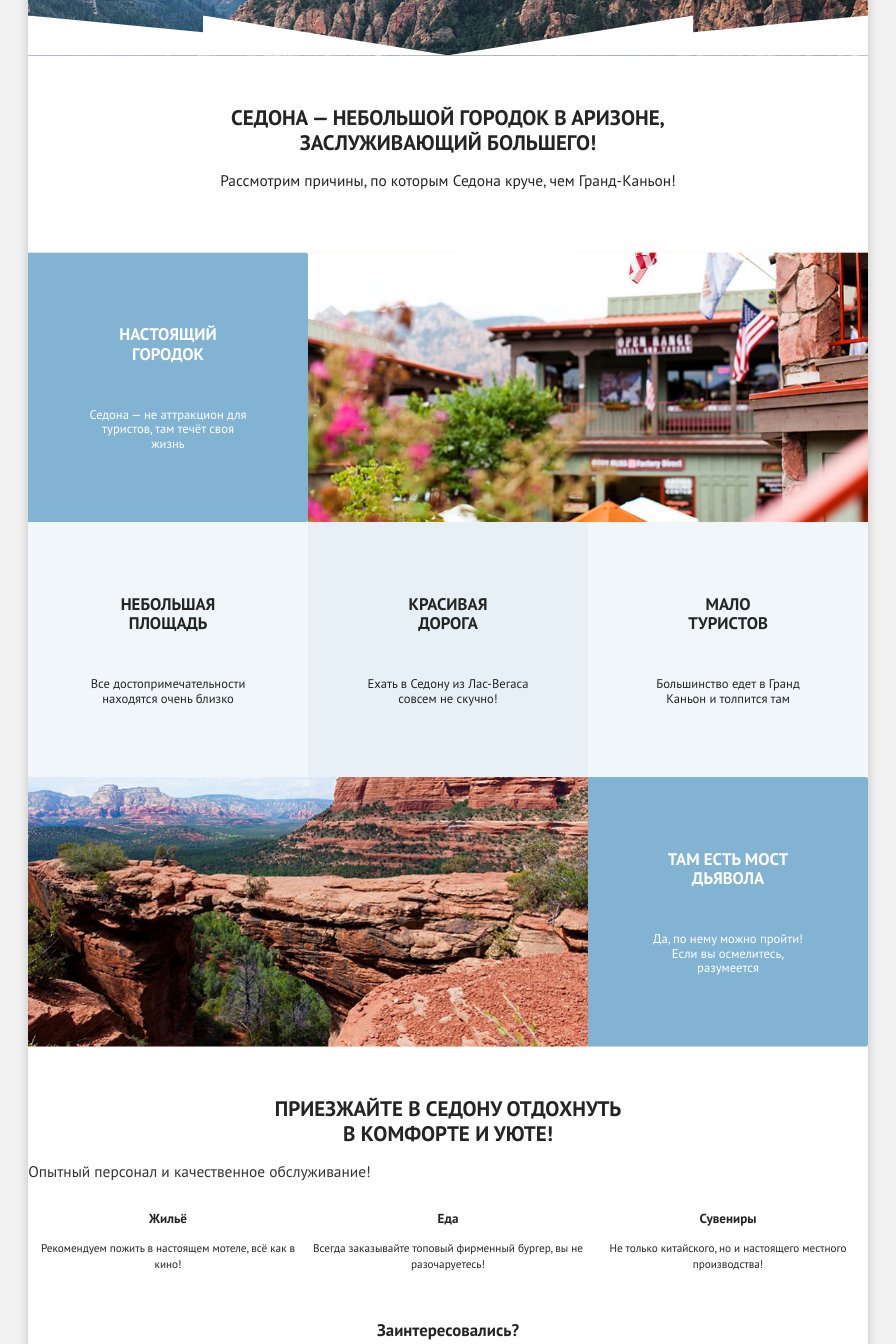
Repository: zakhgagne/2512253-sedona-1
Page: index.html
The author's editor kept a copy of each file at every save. The page is drawn from the files as they stood at one save, then again after the next save.
The browser window is 1280 px wide. The pictures show the part of the page from y = 470 to 2390 px (the page is 3184 px tall before and 3190 px after), at 70% of full size.

Above is the page before, as saved 2024-05-11 15:18:51.

After the next save:
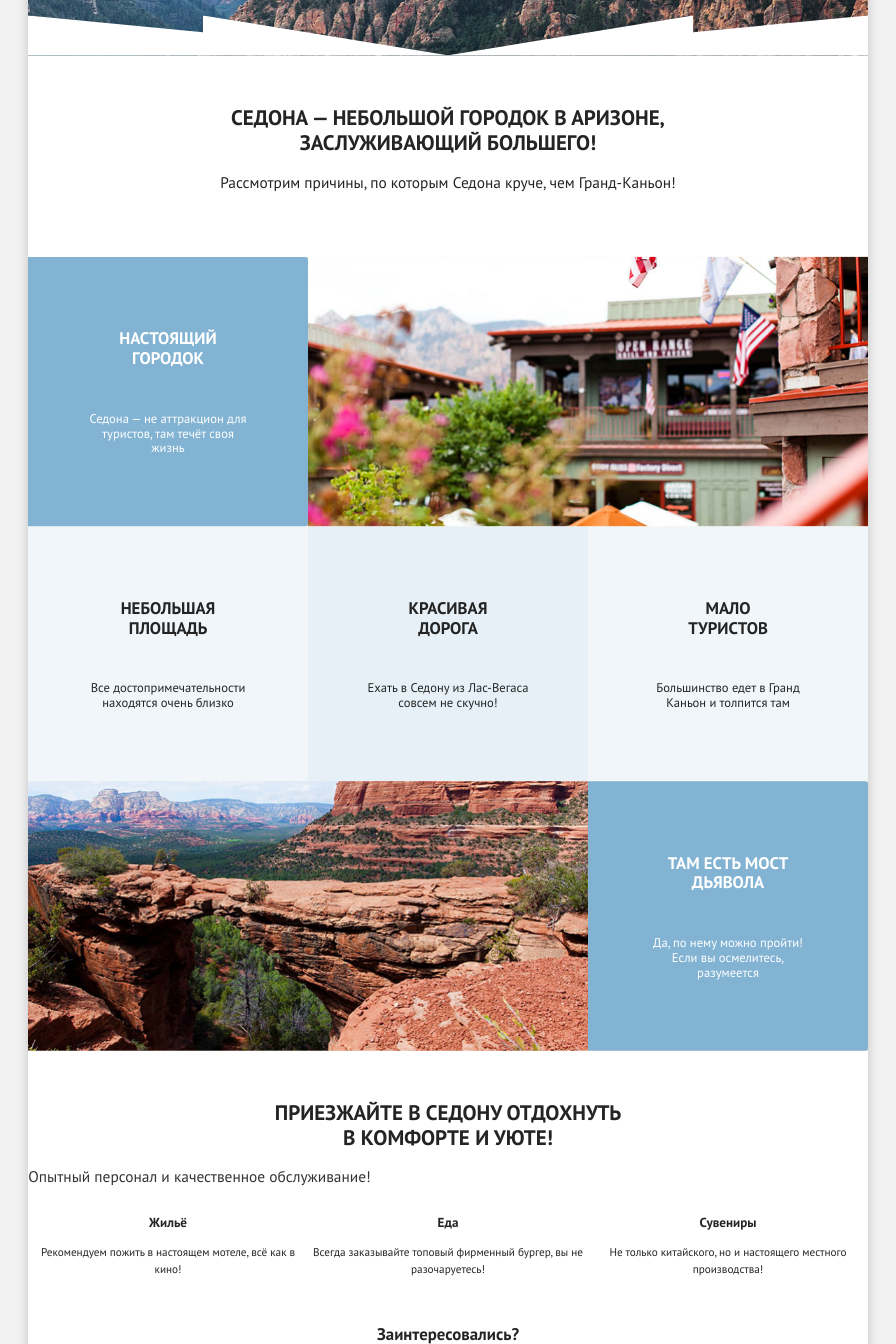
Saved 6 min 23 s later.
--- a/styles/styles.css
+++ b/styles/styles.css
@@ -128,7 +128,7 @@ body {
 }
 
 .city-subtitle {
-  padding: 0;
+  padding: 3px;
   margin: 0 auto 90px;
   font-size: 22px;
   font-weight: 400;
